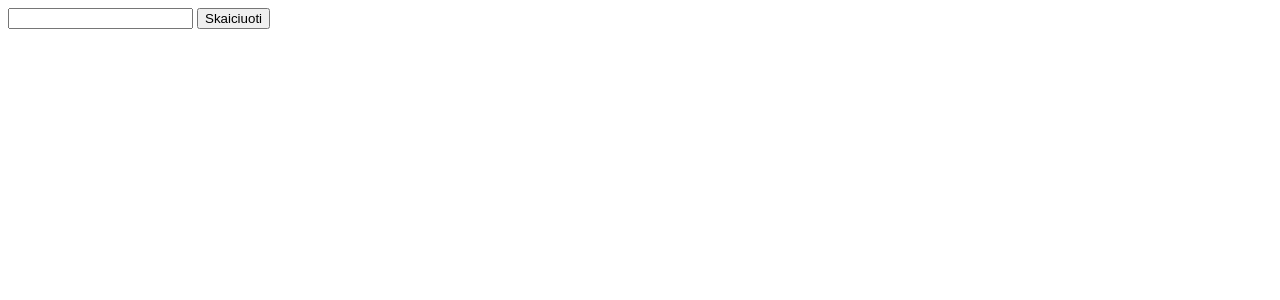
Repository: motiejus1/04-paskaita-PHP-05.31
Page: http://localhost/skaiciuotuvas.php
An editor plug-in stored every save of this project. The page is shown before and after the next save, followed by the edit.
The browser window is 1280 px wide. The pictures show the whole page.
The page is run by PHP 8.4 with error messages shown; the project is at /var/www/html/.

Above is the page before, as saved 2021-07-28 20:32:14.

### skaiciuotuvas.php
<!DOCTYPE html>
<html lang="en">
<head>
    <meta charset="UTF-8">
    <meta http-equiv="X-UA-Compatible" content="IE=edge">
    <meta name="viewport" content="width=device-width, initial-scale=1.0">
    <title>Skaiciuotuvas</title>
</head>
<body>

    <form action="skaiciuotuvas.php" method="get">
        <input type="text" name ="aritmetika" />
        <button type="submit" name="patvirtinti">Skaiciuoti</button>
    </form>

    <?php

    //setcookie;
    //masyvas, skaicius, tekstas, objektas, kitas sausainiukas

    setcookie("laikinojiatmintis", 8, time() );

    // echo time();
    //$lainojiatmintis = 8


    //Funkcijos, Cookies

    function skaiciavimoFunkcija($simbolis, $aritmetika ) {
        $duomenuMasyvas = explode($simbolis, $aritmetika);

        // var_dump($duomenuMasyvas);
        $duomenuMasyvas[2] = $simbolis;

        //Kintamuju sukeitimas pasitelkian pagalbini kintamaji
        $pagalbinis = $duomenuMasyvas[2];// +
        $duomenuMasyvas[2] = $duomenuMasyvas[1];
        $duomenuMasyvas[1] = $pagalbinis;
        if($simbolis == "+") {
            return $duomenuMasyvas[0] + $duomenuMasyvas[2];
        } else if($simbolis == "-") {
            return $duomenuMasyvas[0] - $duomenuMasyvas[2];
        } else if($simbolis == "/") {
            return $duomenuMasyvas[0] / $duomenuMasyvas[2];
        } else if($simbolis == "*") {
            return $duomenuMasyvas[0] * $duomenuMasyvas[2];
        } else if($simbolis == "%") {
            return $duomenuMasyvas[0] % $duomenuMasyvas[2];
        }
        return "Veiksmo neimanoma atlikt";
    }

    if(isset($_GET["patvirtinti"])) {
        if(isset($_GET["aritmetika"]) && !empty($_GET["aritmetika"])) {
            $aritmetika = $_GET["aritmetika"];

            // " " - tai yra simbolis
            //Galbut funkcija, kuri leistu ieskoti tam tikru simboliu ir juos panaikinti?
            //str_replace - ji randa mums norima simboli, ir ta surasta simboli pakeisti

            $aritmetika = str_replace(" ","",$aritmetika);

            $rezultatas = 0;
            $duomenuMasyvas = 0;
            // +
            // teksta => masyva
            // 4+5 [4, '+', 5]
            // 150 - 3 [1,5,0,"",3]
            // $duomenuMasyvas = str_split($aritmetika, 1) //teksta i masyva i vienodas dalis
            // explode - teksta pavercia i masyva
            // suskaido i masyva pagal delimiter(simboli)

            //Paieska tekstineje eilute: ar yra simbolis + - / *
            //strpos - string position
            // ji iesko ar tekstineje eilute yra kazkoks musu nurodytas simbolis

            $simbolioPozicija = strpos($aritmetika,"+");
            // jeigu jinai neranda simbolio, grazinama false
            // jeigu simbolis yra surastas - grazina simbolio pozicija

            // 4+5 veikia 1
            // 10+5 nebeveikia pozicija? 2
            //patikrinti ne kurioje pozicija yra simbolis? o tiesiog ar musu
            //kintamasis yra !false

            //ar simbolis ir kad simbolis viena karta
            //substr_count - substring count, grazina tik skaiciu
            //skaiciuoja kiek kartu pasikartoja tekstas/simbolis tekstineje eiluteje

            // $simboliuSk = substr_count($tekstas, "+");

            // echo "Pliusu skaicius: ".$pliusuSk;

            if(strpos($aritmetika,"+") != false && substr_count($aritmetika, "+") == 1) {
                $rezultatas = skaiciavimoFunkcija("+", $aritmetika);
            } else if(strpos($aritmetika,"-") != false && substr_count($aritmetika, "-") == 1) {
                $rezultatas = skaiciavimoFunkcija("-", $aritmetika);
            } else if(strpos($aritmetika,"/") != false && substr_count($aritmetika, "/") == 1) {
                $rezultatas = skaiciavimoFunkcija("/", $aritmetika);
            } else if(strpos($aritmetika,"*") != false && substr_count($aritmetika, "*") == 1) {
                $rezultatas = skaiciavimoFunkcija("*", $aritmetika);
            } else if(strpos($aritmetika,"%") != false && substr_count($aritmetika, "%") == 1) {
                $rezultatas = skaiciavimoFunkcija("%", $aritmetika);
            } else {
                $rezultatas = "Veiksmo zenklas neteisingas";
            }

            //PHP echo komanda jeigu true/false kintamaji - 1 arba tuscia eilute
            //var_dump - mes galime isvedineti masyvus
            //var_dump - bet koki kintamaji, kad patikrintume kokio jisai yra tipo

            echo "<div>";
            echo $aritmetika;
            echo "</div>";

            echo "<div>";
            echo $rezultatas;
            echo "</div>";

        } else {
            echo "Laukelis tuscias";
        }
    }

    // $_GET["patvirtinti"] = // true arba false reiksmes
    // jei mygtukas buvo paspaustas - true
    //jei ne - false



    // 1. Užduotis "Skaičiuotuvas"

    // Sukurti skaičiuotuvą.
    // Skaičiuotuve įvedami du skaičiai ir veiksmas ivedamas i ta pati laukeli.
    // Rezultatas išvedamas į div.

    //2. Papildyti Užduotis "Skaičiuotuvas" taip,
    // kad rezultatas būtų atvaizduojamas tame pačiame lange

    //3. Turi buti matoma skaiciavimo istorija
    //Vieta, kurioje saugoma informacija
    //Duomenu baze
    //Cookies - sausainiukai - Duomenu failas

    //laikinasis duomenu failas, kuris yra saugomas narsykles aplanke ir jis saugo informacija,
    //tam tikra laiko tarpa


    ?>
</body>
</html>

After the next save:
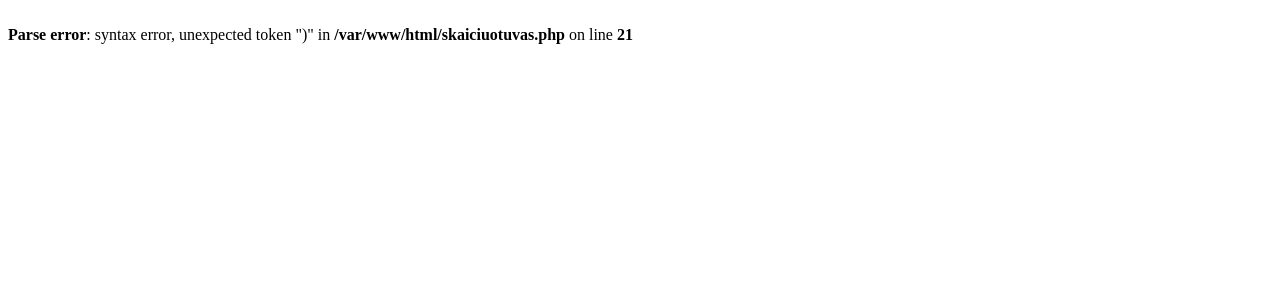
Saved 20 s later.
--- a/skaiciuotuvas.php
+++ b/skaiciuotuvas.php
@@ -18,7 +18,7 @@
     //setcookie;
     //masyvas, skaicius, tekstas, objektas, kitas sausainiukas
 
-    setcookie("laikinojiatmintis", 8, time() );
+    setcookie("laikinojiatmintis", 8, time() +  );
 
     // echo time();
     //$lainojiatmintis = 8

After the save that followed:
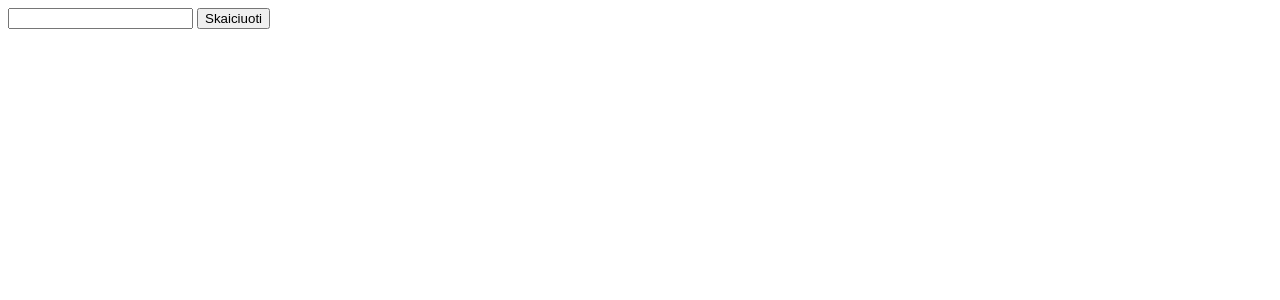
Saved 16 s later.
--- a/skaiciuotuvas.php
+++ b/skaiciuotuvas.php
@@ -18,7 +18,7 @@
     //setcookie;
     //masyvas, skaicius, tekstas, objektas, kitas sausainiukas
 
-    setcookie("laikinojiatmintis", 8, time() +  );
+    setcookie("laikinojiatmintis", 8, time() + 3600 );
 
     // echo time();
     //$lainojiatmintis = 8
